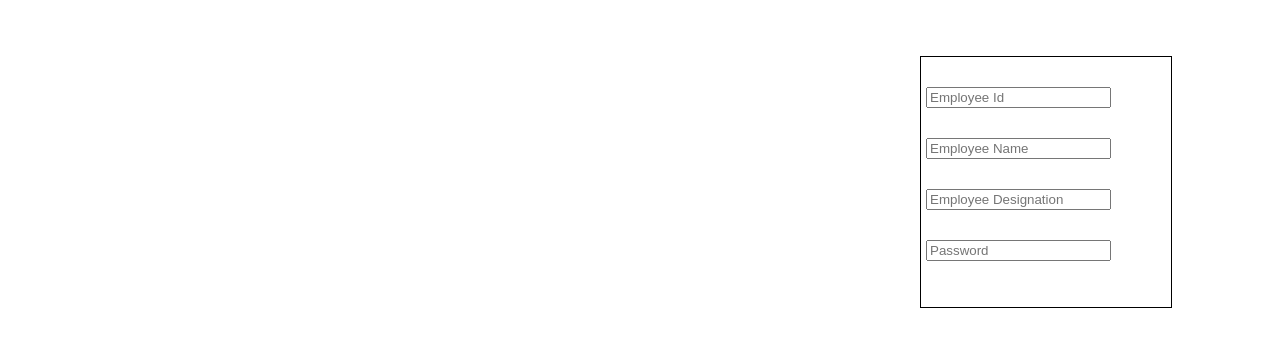
Repository: robin9533/Basic-Programs-App.
Page: GW-Genial Work Proj/GT_GenialToil/WebContent/EmployeeSignup.html
These files come from the project's save history. The page is drawn as it stood at one moment and after the next save; the edit follows.
The browser window is 1280 px wide. The pictures show the whole page.

Above is the page before, as saved 2019-05-10 06:47:01.

After the next save:
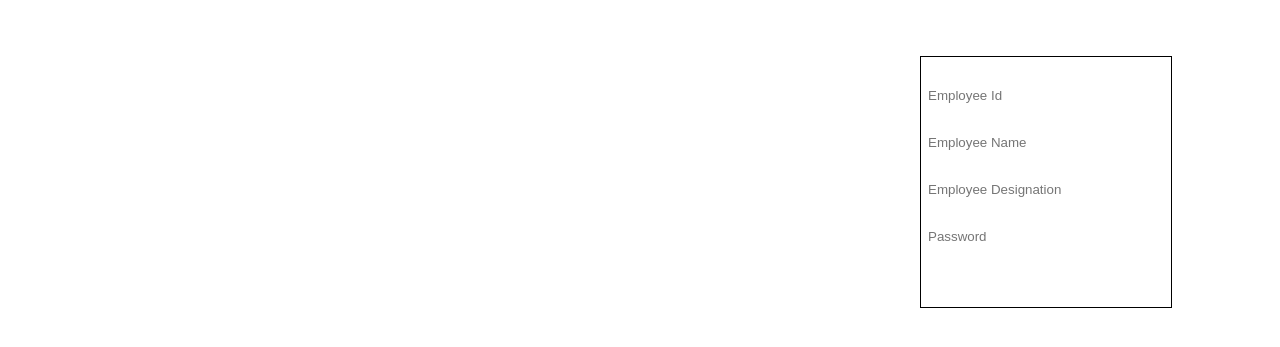
Saved 12 s later.
--- a/GW-Genial Work Proj/GT_GenialToil/WebContent/EmployeeSignup.css
+++ b/GW-Genial Work Proj/GT_GenialToil/WebContent/EmployeeSignup.css
@@ -11,5 +11,5 @@
 .registrationblock input{
 	margin-top: 30px;
 	margin-left:5px;
-	border-radius:none;
+	border:none;
 }

After the save that followed:
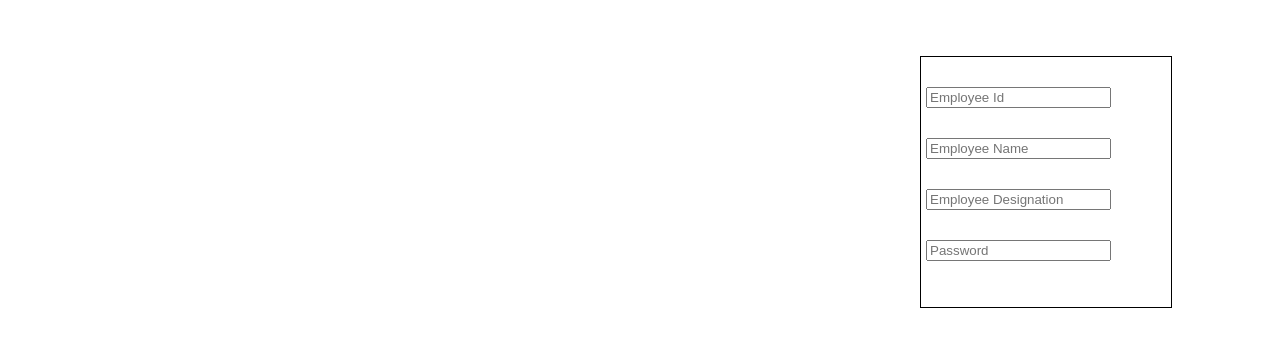
Saved 20 s later.
--- a/GW-Genial Work Proj/GT_GenialToil/WebContent/EmployeeSignup.css
+++ b/GW-Genial Work Proj/GT_GenialToil/WebContent/EmployeeSignup.css
@@ -11,5 +11,5 @@
 .registrationblock input{
 	margin-top: 30px;
 	margin-left:5px;
-	border:none;
+	border-radius:none;
 }
